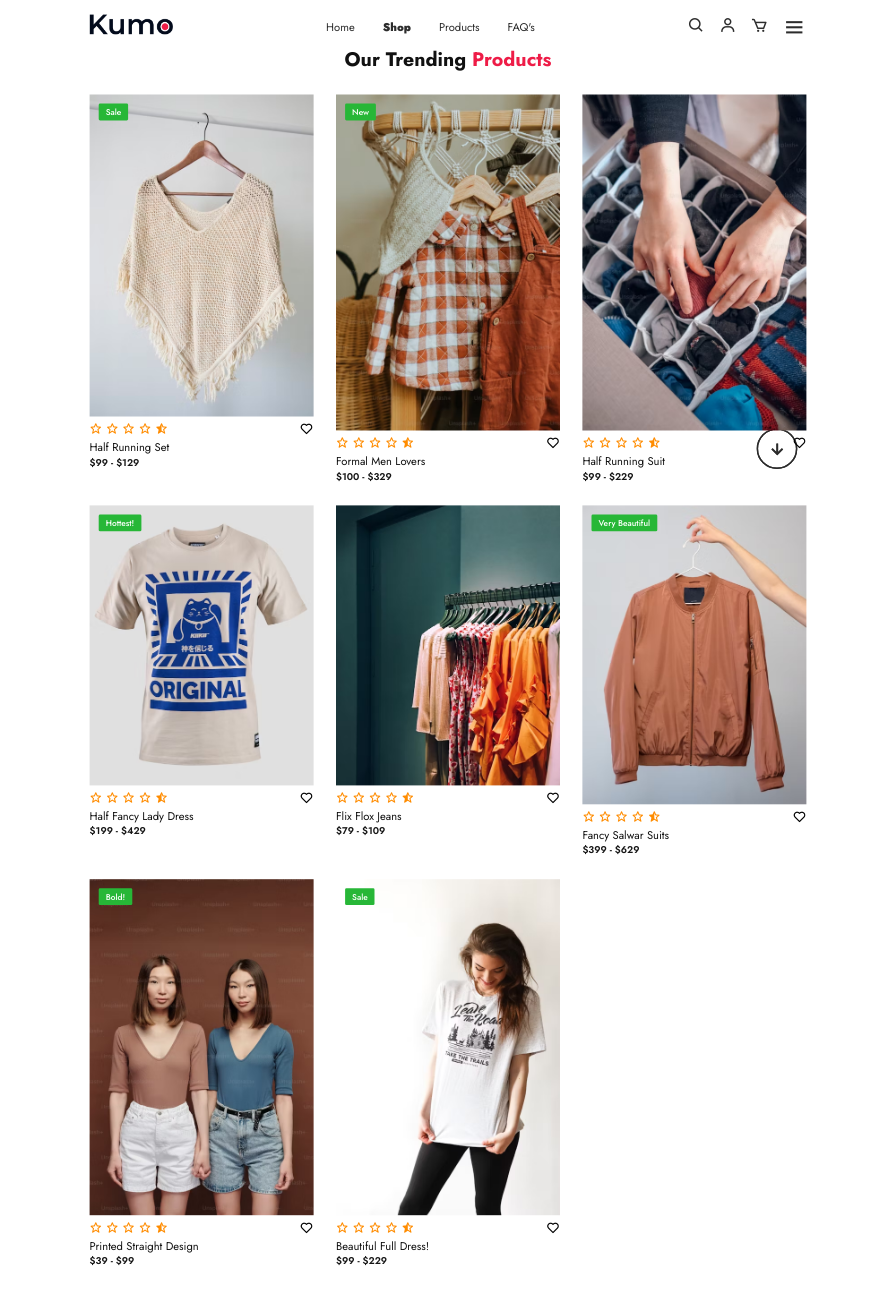
Repository: isaacCodes1/Kumo-Website.
Page: shop.html
These files come from the project's save history. The page is drawn as it stood at one moment and after the next save; the edit follows.
The browser window is 1280 px wide. The pictures show the whole page, at 70% of full size.

Above is the page before, as saved 2024-03-23 09:47:22.

After the next save:
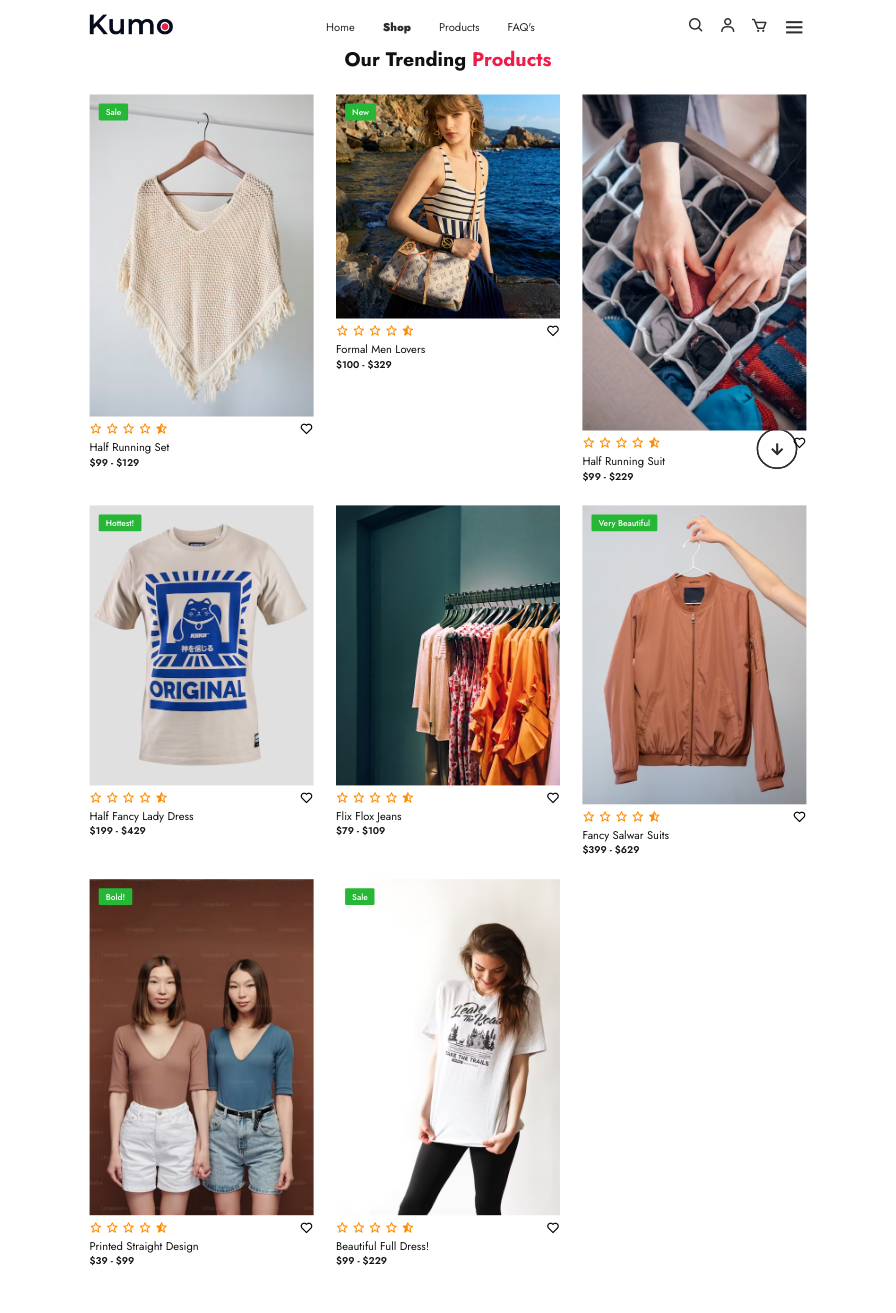
Saved 103 s later.
--- a/shop.html
+++ b/shop.html
@@ -74,7 +74,7 @@
         </div>
 
         <div class="row">
-          <img src="/Assets/clothes2.avif" alt="" />
+          <img src="/Assets/luiz1.webp" alt="" />
           <div class="product-text">
             <h5>New</h5>
           </div>
